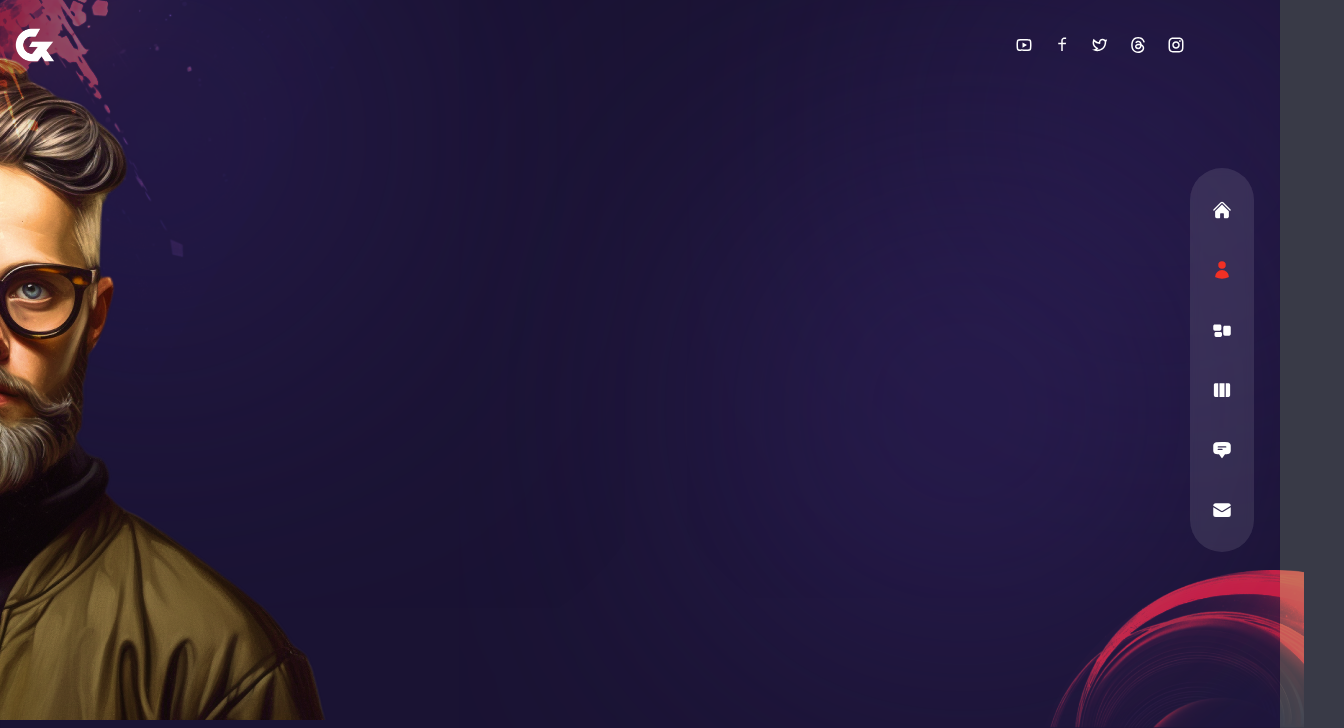
Repository: zecht12/Portofolio-without-db
Page: /about
The author's editor kept a copy of each file at every save. The page is drawn from the files as they stood at one save, then again after a run of saves.
The browser window is 1280 px wide. The page is 1344 px wide, so the pictures cover 1344 px, including what lies to the right of the window. The pictures show the whole page.
The project was rebuilt for these pictures with package versions that can differ from the ones it lists, and the page was loaded fresh each time. The framework's server and built-in components were replaced by stand-ins that run in the browser. Also part of the build but not shown: next.config.js.

Above is the page before, as saved 2023-10-07 16:29:03.

### app/layout.js
'use client'

import './globals.css'
import {Sora} from '@next/font/google'
import Nav from '@/components/Nav'
import Header from '@/components/Header'
import TopLeftImg from '@/components/TopLeftImg'
import { useRouter } from 'next/navigation'
import Transition from '@/components/Transition'
import { AnimatePresence, motion } from 'framer-motion'

const sora = Sora({
  subsets:['latin'],
  variable:'--font-sora',
  weight:['100','200','300','400','500','600','700','800']
})

export default function RootLayout({ children }) {
  const router = useRouter();
  return (
    <html lang="en">
      <head>
        <title>Zecht Porto</title>
      </head>
      <body className={`page bg-site text-white bg-cover bg-no-repeat  ${sora.variable} font-sora relative `}>
        <AnimatePresence>
          <motion.div className='h-full' key={router.route}>
            <TopLeftImg/>
            <Nav/>
            <Header/>
            <Transition/>
            {children}
          </motion.div>
        </AnimatePresence>
      </body>
    </html>
  )
}

### app/about/page.js
'use client'
import React,{useState} from "react";
import {
  FaHtml5,
  FaCss3,
  FaJs,
  FaReact,
  FaWordpress,
  FaFigma,
} from "react-icons/fa";

import {
  SiNextdotjs,
  SiFramer,
  SiAdobexd,
  SiAdobephotoshop,
} from "react-icons/si";
import Avatar from "@/components/Avatar";
import Circles from "@/components/Circles";
import { motion } from "framer-motion";
import { fadeIn } from "@/variants";

//  data
const aboutData = [
  {
    title: 'skills',
    info: [
      {
        title: 'Web Development',
        icons: [
          <FaHtml5 />,
          <FaCss3 />,
          <FaJs />,
          <FaReact />,
          <SiNextdotjs />,
          <SiFramer />,
          <FaWordpress />,
        ],
      },
      {
        title: 'UI/UX Design',
        icons: [<FaFigma />, <SiAdobexd />, <SiAdobephotoshop />],
      },
    ],
  },
  {
    title: 'awards',
    info: [
      {
        title: 'Webby Awards - Honoree',
        stage: '2011 - 2012',
      },
      {
        title: 'Adobe Design Achievement Awards - Finalist',
        stage: '2009 - 2010',
      },
    ],
  },
  {
    title: 'experience',
    info: [
      {
        title: 'UX/UI Designer - XYZ Company',
        stage: '2012 - 2023',
      },
      {
        title: 'Web Developer - ABC Agency',
        stage: '2010 - 2012',
      },
      {
        title: 'Intern - DEF Corporation',
        stage: '2008 - 2010',
      },
    ],
  },
  {
    title: 'credentials',
    info: [
      {
        title: 'Web Development - ABC University, LA, CA',
        stage: '2011',
      },
      {
        title: 'Computer Science Diploma - AV Technical Institute',
        stage: '2009',
      },
      {
        title: 'Certified Graphic Designer - ABC Institute, Los Angeles, CA',
        stage: '2006',
      },
    ],
  },
];

export default function Page() {
  const [index, setIndex]= useState(0);


  return (
    <div>
      <Circles/>
      <motion.div variants={fadeIn('right', 0.2)} className="hidden xl:flex absolute bottom-0 -left-[375px] ">
        <Avatar/>
      </motion.div>
    </div>
  )
}

### app/globals.css
@tailwind base;
@tailwind components;
@tailwind utilities;

.translate-z-0 {
  transform: translateZ(0px);
}
.swiper-horizontal > .swiper-pagination-bullets .swiper-pagination-bullet,
.swiper-pagination-horizontal.swiper-pagination-bullets
  .swiper-pagination-bullet {
  background-color: #f13024;
}

.swiper-button-next:after,
.swiper-button-prev:after,
.swiper-button-next:after,
.swiper-rtl .swiper-button-prev:after {
  color: #f13024;
}

@layer base {
  body {
    @apply bg-secondary overflow-hidden leading-relaxed;
  }
  .page {
    @apply w-full h-screen overflow-hidden;
  }
  .h1 {
    @apply text-[35px] leading-tight md:text-[60px] md:leading-[1.3] mb-8 font-semibold;
  }
  .h2 {
    @apply text-[35px] leading-tight md:text-[54px] md:leading-[1.3] mb-4 font-semibold;
  }
  p {
    @apply leading-[1.8] text-white/60 font-light;
  }
  .btn,
  .input {
    @apply h-[52px];
  }
  .input {
    @apply w-full h-[52px] rounded-lg pl-6 capitalize;
  }
  .input,
  .textarea {
    @apply bg-transparent outline-none focus:ring-1 focus:ring-accent border border-white/20 placeholder:text-white/30 placeholder:font-light;
  }
  .textarea {
    @apply w-full h-[180px] p-6 capitalize rounded-lg resize-none;
  }
}

### components/Nav.js
'use client'
import Link from 'next/link';
import { useRouter } from 'next/navigation';
import {
  HiHome,
  HiUser,
  HiViewColumns,
  HiRectangleGroup,
  HiChatBubbleBottomCenterText,
  HiEnvelope,
} from 'react-icons/hi2';

// nav data
export const navData = [
  { name: 'home', path: '/', icon: <HiHome /> },
  { name: 'about', path: '/about', icon: <HiUser /> },
  { name: 'services', path: '/services', icon: <HiRectangleGroup /> },
  { name: 'work', path: '/work', icon: <HiViewColumns /> },
  {
    name: 'testimonials',
    path: '/testimonials',
    icon: <HiChatBubbleBottomCenterText />,
  },
  {
    name: 'contact',
    path: '/contact',
    icon: <HiEnvelope />,
  },
];

const Nav = () => {
  const router = useRouter();
  const pathname = router.pathname;

  return(
    <nav className='flex flex-col items-center xl:justify-center gap-y-4 fixed h-max bottom-0 mt-auto xl:right-[2%] z-50 w-full xl:w-16 top-0 xl:max-w-md xl:h-screen'>
      <div className='flex w-full xl:flex-col items-center justify-between xl:justify-center gap-y-10 px-4 md:px-40 xl:px-0 h-[80px] bg-white/10 xl:h-max py-8 backdrop-blur-sm text-3xl xl:text-xl xl:rounded-full'>
        {navData.map((link, index)=> {
          return(
              <a className={`${link.path === pathname && 'text-accent'} relative flex items-center hover:text-accent group transition-all duration-300 dela`} href={link.path} key={index} >
                <div className='absolute pr-14 right-0 hidden xl:group-hover:flex'>
                  <div className='bg-white relative flex text-primary items-center p-[6px] rounded-[3px] '>
                    <div className='text-[12px] leading-none font-semibold capitalize '>
                      {link.name}
                    </div>
                    <div className='border-solid border-l-white border-l-8 border-y-transparent border-y-[6px] border-r-0 absolute -right-2 '></div>
                  </div>
                </div>
                <div>
                  {link.icon}
                </div>
              </a>
          )
        })}
      </div>
    </nav>
  )
};

export default Nav;

### components/Header.js
import Image from "next/image"
import Link from "next/link"
import Socials from "./Socials";

const Header = () => {
  return(
    <header className="absolute z-30 w-full flex items-center px-15 xl:px-0 xl:h-[90px] ">
      <div className="container mx-0">
        <div className="flex flex-col lg:flex-row justify-between items-center gap-y-6 py-8">
          <Link href='/'>
            <Image src={'/logo-GR.png'} width={40} height={40} alt="logo" priority={true} className="w-[40px] h-[40px] hover:scale-110 " />
          </Link>
          <Socials/>
        </div>
      </div>
    </header>
  )
};

export default Header;

### components/TopLeftImg.js
import Image from "next/image";

const TopLeftImg = () => {
  return(
    <div className="absolute left-0 top-0 mix-blend-color-dodge z-10 w-[200px] xl:w-[400px] opacity-50 ">
      <Image src="/top-left-img.png" alt="TopLeftImg" width={400} height={400} />
    </div>
  )
};

export default TopLeftImg;

### components/Transition.js
'use client'

import { motion } from 'framer-motion'

const transitionVariants = {
  initial: {
    x:"100%",
    width:"100%"
  },
  animate: {
    x:"0%",
    width:"0%"
  },
  exit: {
    x: ['0%','100%'],
    width: ['0%','100%']
  },
}

const Transition = () => {
  return (
    <>
      <motion.div variants={transitionVariants} initial="initial" animate="animate" exit="exit" transition={{delay:0.2, duration:0.6, ease:'easeInOut'}} className='fixed top-0 bottom-0 right-full w-screen h-screen z-30 bg-[#2e2257] '></motion.div>
      <motion.div variants={transitionVariants} initial="initial" animate="animate" exit="exit" transition={{delay:0.4, duration:0.6, ease:'easeInOut'}} className='fixed top-0 bottom-0 right-full w-screen h-screen z-20 bg-[#3b2d71] '></motion.div>
      <motion.div variants={transitionVariants} initial="initial" animate="animate" exit="exit" transition={{delay:0.6, duration:0.6, ease:'easeInOut'}} className='fixed top-0 bottom-0 right-full w-screen h-screen z-10 bg-[#4b3792] '></motion.div>
    </>
  );
};

export default Transition;

### components/Avatar.js
import Image from "next/image";

const Avatar = () => {
  return(
    <div className="xl:flex hidden xl:max-w-none">
      <Image src="/avatar.png" width={737} height={678} alt="avatar" className="translate-z-0 w-full h-full" />
    </div>
  )
};

export default Avatar;

### components/Circles.js
import Image from "next/image";

const Circles = () => {
  return (
    <div className="w-[200px] xl:w-[300px] absolute -right-16 -bottom-2 mix-blend-color-dodge animate-pulse duration-75 z-10 ">
      <Image src={'/circles.png'} width={260} height={200} className="w-gull h-full" alt="circle" />
    </div>
  )
};

export default Circles;

### components/Socials.js
import Link from "next/link";
import { RiYoutubeLine, RiInstagramLine, RiFacebookLine, RiDribbbleLine, RiBehanceLine, RiThreadsLine, RiTwitterLine } from 'react-icons/ri'

const Socials = () => {
  return(
    <div className="flex items-center gap-x-5 text-lg">
      <Link href="/" className="hover:text-accent transition-all duration-300">
        <RiYoutubeLine />
      </Link>
      <Link href="/" className="hover:text-accent transition-all duration-300">
        <RiFacebookLine />
      </Link>
      <Link href="/" className="hover:text-accent transition-all duration-300">
        <RiTwitterLine />
      </Link>
      <Link href="/" className="hover:text-accent transition-all duration-300">
        <RiThreadsLine />
      </Link>
      <Link href="/" className="hover:text-accent transition-all duration-300">
        <RiInstagramLine />
      </Link>
    </div>
  )
};

export default Socials;

Loaded but not shown: variants.js (common file); tailwind.config.js (common file)

After the next 8 saves:
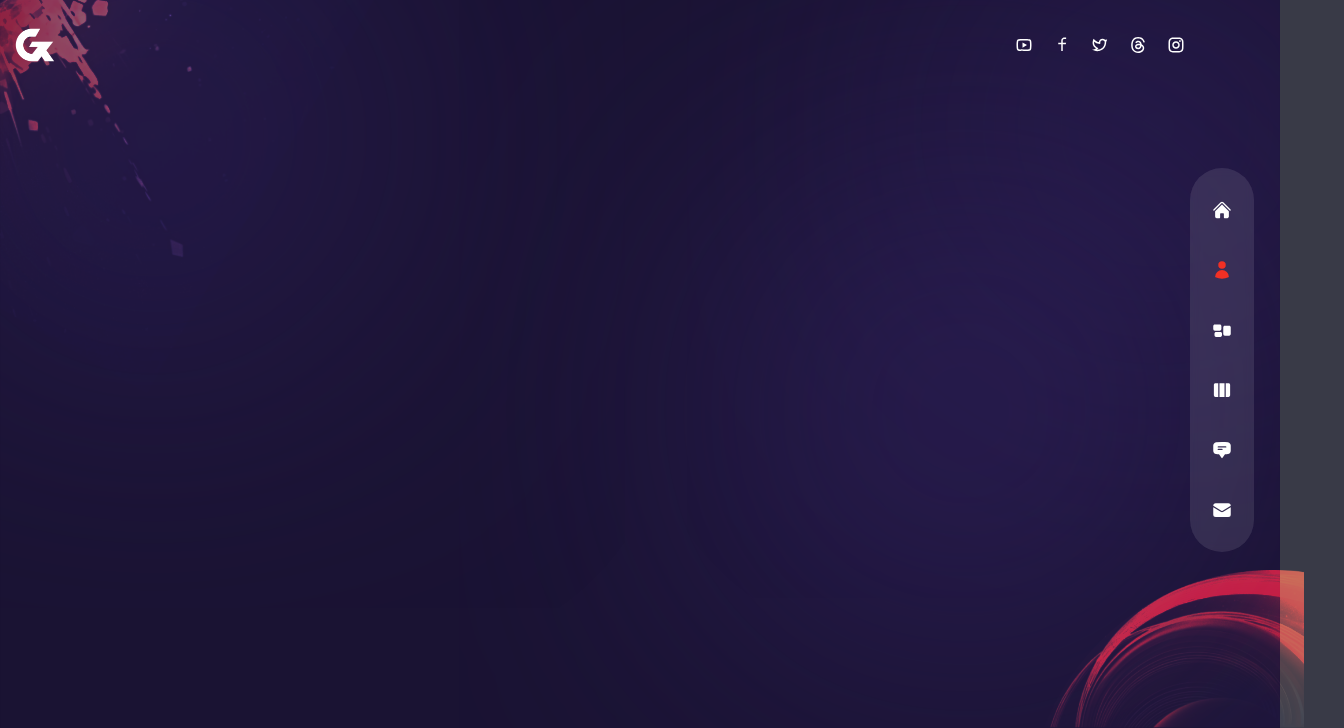
The 8 saves are shown as one change because 1 did not build or start and some came seconds apart.
The last was saved 26 s later.
--- a/app/about/page.js
+++ b/app/about/page.js
@@ -99,7 +99,7 @@
   return (
     <div>
       <Circles/>
-      <motion.div variants={fadeIn('right', 0.2)} className="hidden xl:flex absolute bottom-0 -left-[375px] ">
+      <motion.div variants={fadeIn('right', 0.2)} initial="hidden" className="hidden xl:flex absolute bottom-0 -left-[375px] ">
         <Avatar/>
       </motion.div>
     </div>

After the 4 saves that followed:
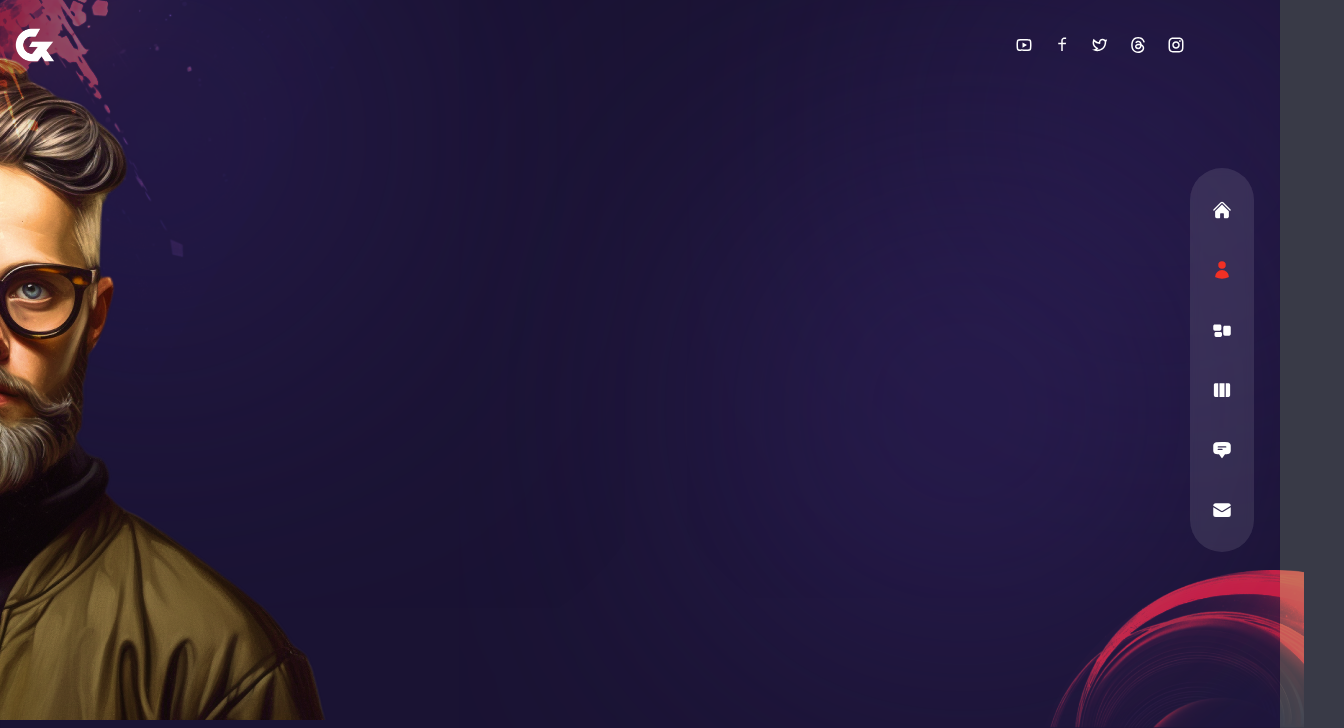
The 4 saves are shown as one change because they came seconds apart.
The last was saved 30 s later.
--- a/app/about/page.js
+++ b/app/about/page.js
@@ -99,7 +99,7 @@
   return (
     <div>
       <Circles/>
-      <motion.div variants={fadeIn('right', 0.2)} initial="hidden" className="hidden xl:flex absolute bottom-0 -left-[375px] ">
+      <motion.div variants={fadeIn('right', 0.2)} initial="hidden" animate="show" exit="hidden" className="hidden xl:flex absolute bottom-0 -left-[375px] ">
         <Avatar/>
       </motion.div>
     </div>
